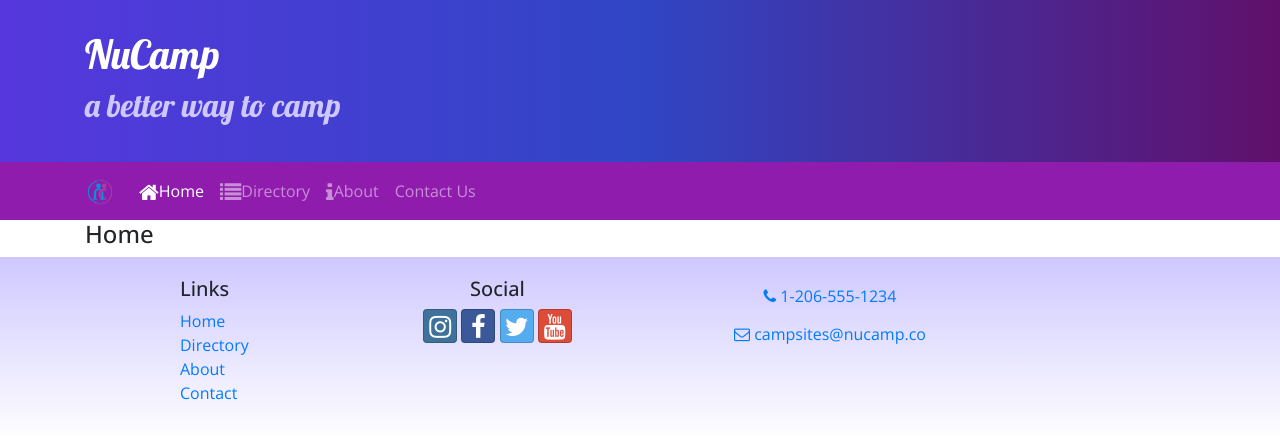
Repository: madisonisfan/nucamp-react
Page: /
The author's editor kept a copy of each file at every save. The page is drawn from the files as they stood at one save, then again after the next save.
The browser window is 1280 px wide. The pictures show the whole page.
The project was rebuilt for these pictures with package versions that can differ from the ones it lists, and the page was loaded fresh each time. Also part of the build but not shown: src/components/CampsiteInfoComponent.js. Imported but missing from the stored project, and not drawn on this page: src/components/DirectoryComponent.

Above is the page before, as saved 2021-04-12 14:42:08.

After the next save:
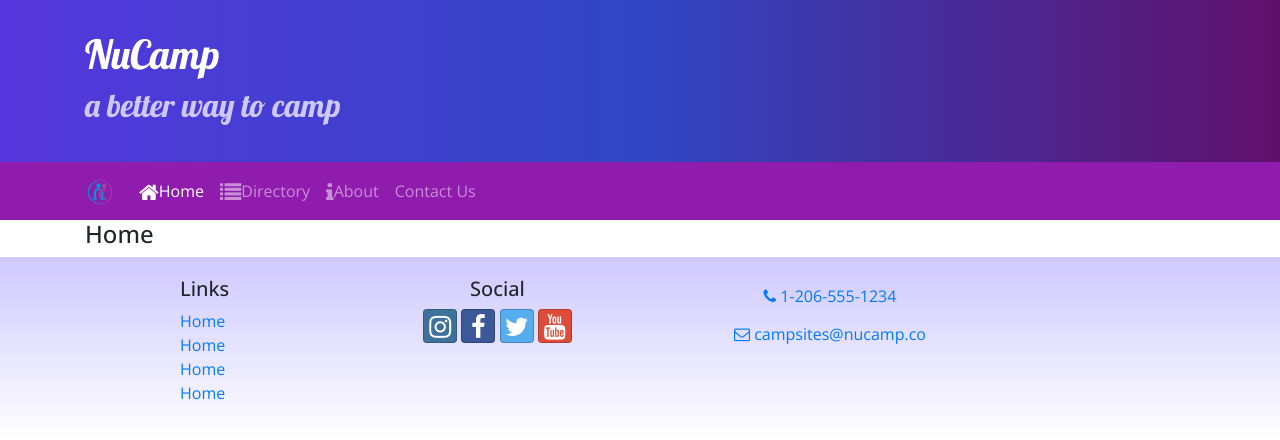
Saved 10 s later.
--- a/src/components/FooterComponent.js
+++ b/src/components/FooterComponent.js
@@ -13,13 +13,13 @@ function Footer(props) {
                 <Link to="/home">Home</Link>
               </li>
               <li>
-                <a href="#">Directory</a>
+                <Link to="/home">Home</Link>
               </li>
               <li>
-                <a href="#">About</a>
+                <Link to="/home">Home</Link>
               </li>
               <li>
-                <a href="#">Contact</a>
+                <Link to="/home">Home</Link>
               </li>
             </ul>
           </div>
